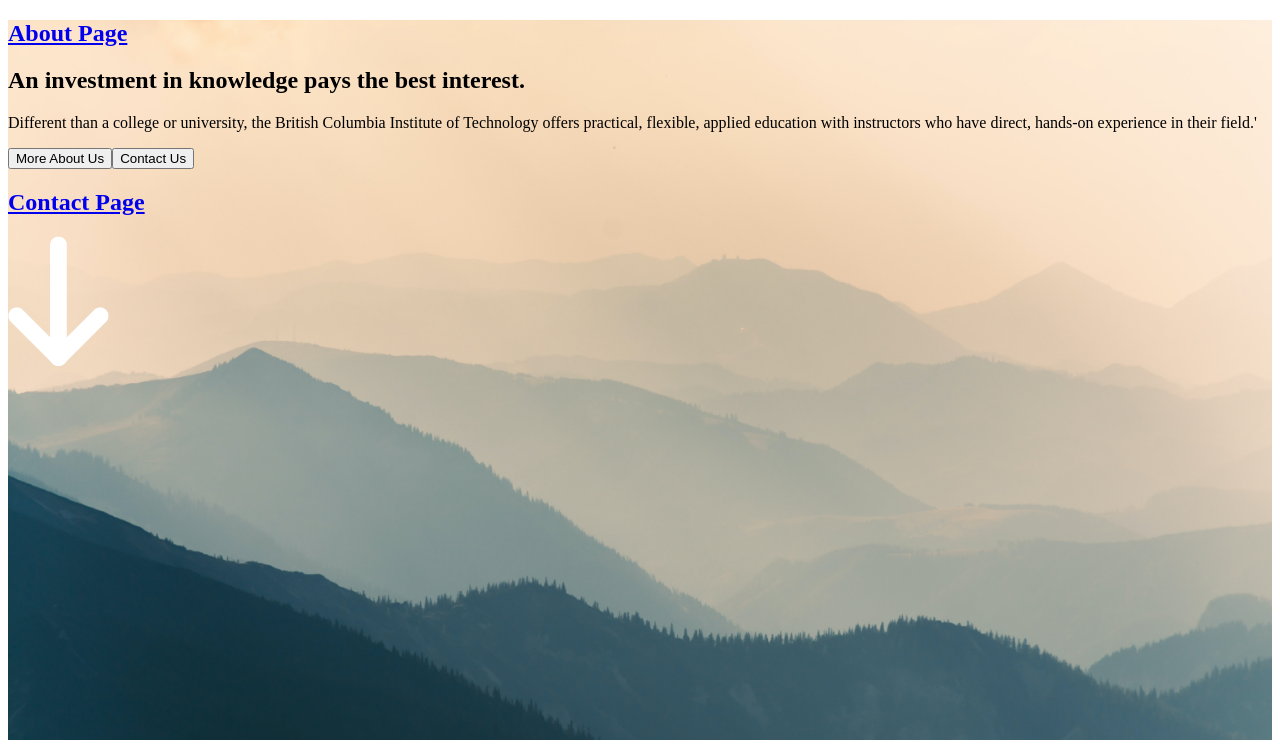
Repository: sierralaurent/MDIA2109-Assignment01
Page: /
The author's editor kept a copy of each file at every save. The page is drawn from the files as they stood at one save, then again after the next save.
The browser window is 1280 px wide. The pictures show the whole page.
The project was rebuilt for these pictures with package versions that can differ from the ones it lists, and the page was loaded fresh each time. The framework's server and built-in components were replaced by stand-ins that run in the browser. Also part of the build but not shown: next.config.js.

Above is the page before, as saved 2023-02-01 15:49:01.

### pages/index.js
import Head from 'next/head'
import Image from 'next/image'
import { Inter } from '@next/font/google'
import styles from '@/styles/Home.module.css'
import Link from 'next/link'

const inter = Inter({ subsets: ['latin'] })

export default function Home() {
  return (
    <>
    <nav>
      <Head>
        <title>Home</title>
        <meta name="author" content="MDIA 2109" />
        <meta property="og:title" content="Assignment #1 - Home Page" />
        <meta property="og:description" content="BCIT Digital Design and Development Diploma" />
        <link rel="icon" href="/favicon.png" />
        </Head>
        <main className={styles.main} >
          <div>
          <Link href="/about">
          <h2>About Page</h2>
        </Link>
        <h1>An investment in knowledge pays the best interest.</h1>
        <p>Different than a college or university, the British Columbia Institute of Technology offers practical, flexible, applied education with instructors who have direct, hands-on experience in their field.'</p>
        <a><button>More About Us</button></a>
        <a><button>Contact Us</button></a>
        <Link href="/contact">
          <h2>Contact Page</h2>
        </Link>
          </div>
          <div>
            <a href="/about">
              <span>
                <img
                src="icons/downwardArrow.png"
                />
              </span>
            </a>
          </div>
        </main>
    </nav>
    </>
  )
}

### styles/Home.module.css
.carouselImage {
  height: 200px;
  background-repeat: no-repeat;
  background-size: cover;
  display: flex;
  justify-content: center;
  align-items: center;
  margin: 40px 0px;
}
.main {
  background-image: url('../public/background-images/backgroundMountain.jpg');
  background-size: cover;
  height: 100vh;
}

Loaded but not shown: pages/_document.js (common file)

After the next save:
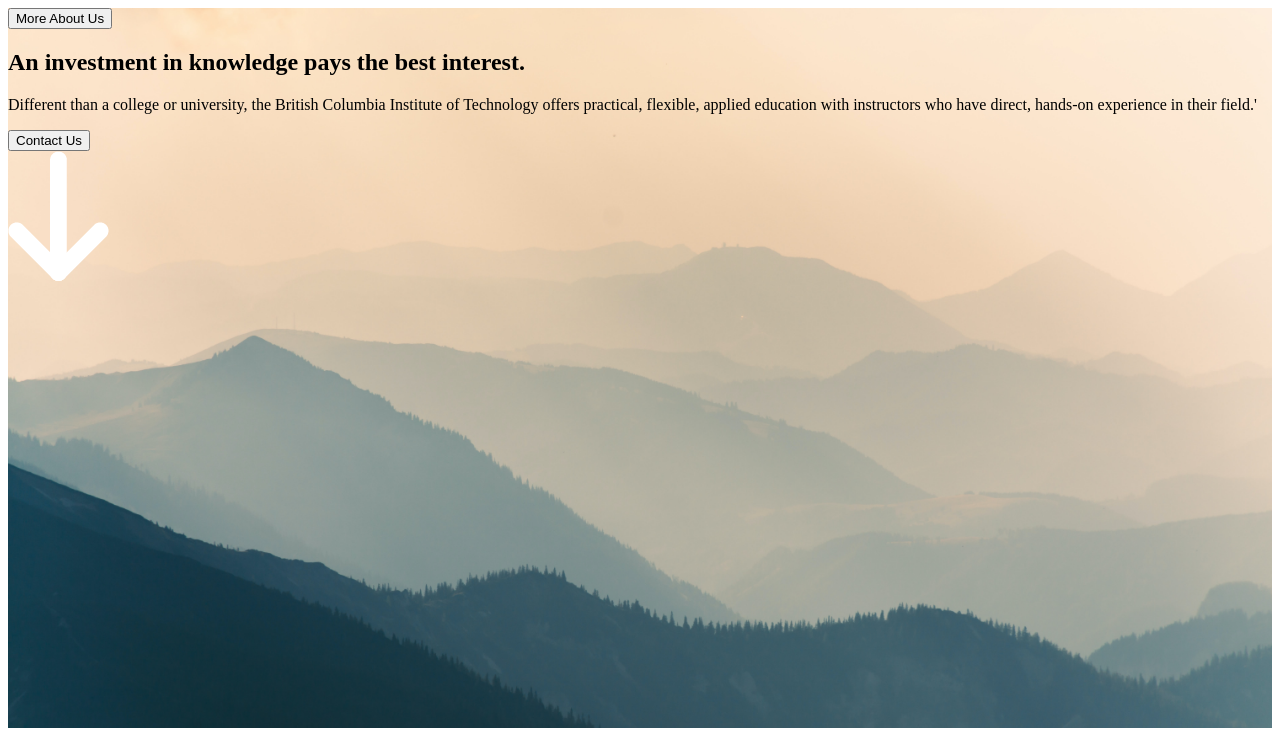
Saved 69 s later.
--- a/pages/index.js
+++ b/pages/index.js
@@ -20,14 +20,14 @@ export default function Home() {
         <main className={styles.main} >
           <div>
           <Link href="/about">
-          <h2>About Page</h2>
+          <a><button>More About Us</button></a>
         </Link>
         <h1>An investment in knowledge pays the best interest.</h1>
         <p>Different than a college or university, the British Columbia Institute of Technology offers practical, flexible, applied education with instructors who have direct, hands-on experience in their field.'</p>
-        <a><button>More About Us</button></a>
+
+
+        <Link href="/contact">
         <a><button>Contact Us</button></a>
-        <Link href="/contact">
-          <h2>Contact Page</h2>
         </Link>
           </div>
           <div>
